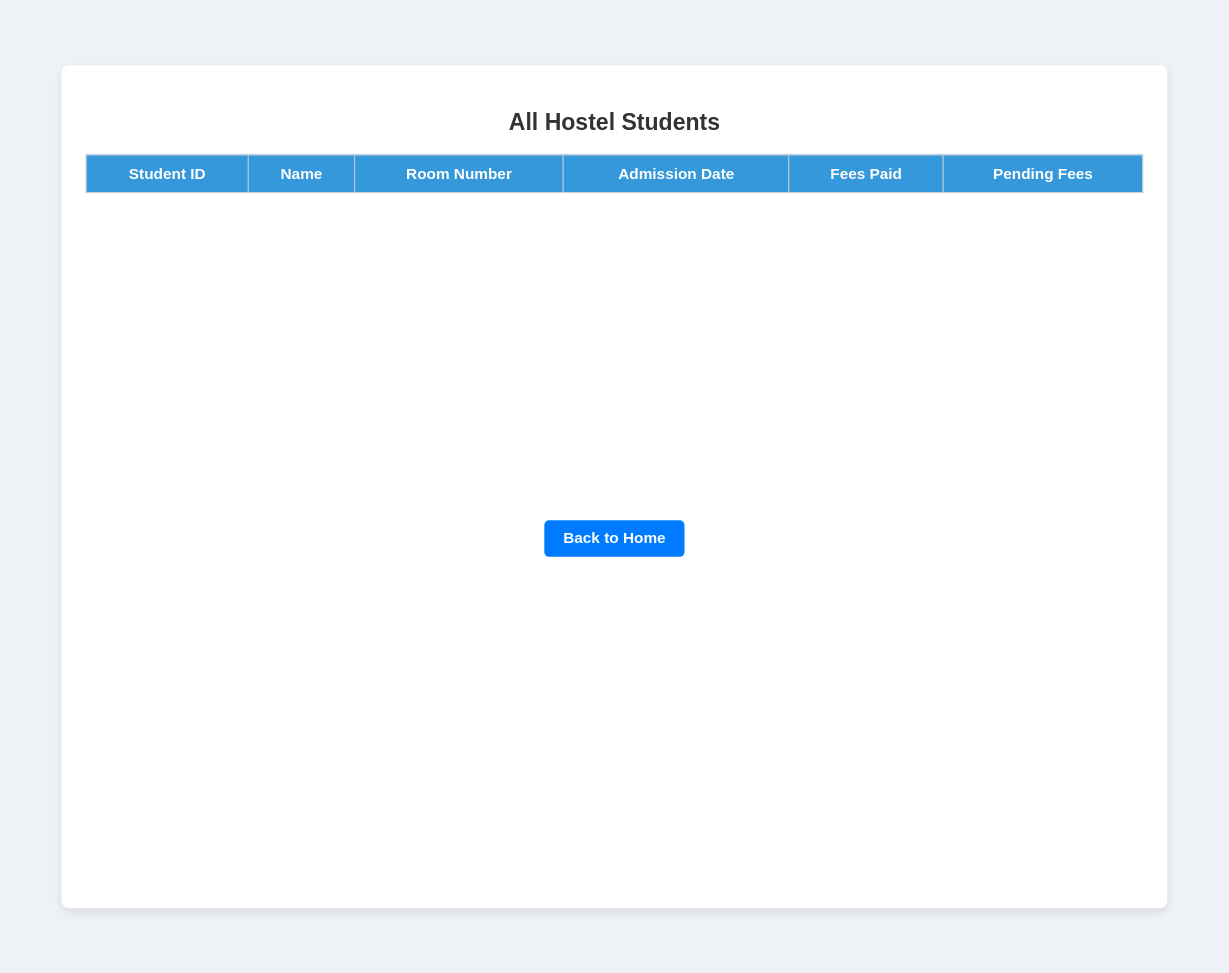
Repository: Adhyashetty-bit/Hostel-Management-System
Page: http://localhost/HostelWebApp/studentdisplay.jsp
The author's editor kept a copy of each file at every save. The page is drawn from the files as they stood at one save, then again after the next save.
The browser window is 1280 px wide. The pictures show the whole page, at 96% of full size.
The page is served by Tomcat 9. Other server files are loaded and not shown. Queries for data that is not in the repository find no rows.

Above is the page before, as saved 2025-05-28 06:21:38.

### HostelWebApp/src/main/webapp/studentdisplay.jsp
<%@ page import="java.util.*, com.model.Student, com.dao.HostelDAO" %>
<%@ page contentType="text/html;charset=UTF-8" language="java" %>
<!DOCTYPE html>
<html>
<head>
    <title>Student Records</title>
    <style>
        body {
            font-family: Arial, sans-serif;
            background-color: #eef2f7;
            padding: 20px;
        }

        .container {
            width: 90%;
            margin: 40px auto;
            background-color: #fff;
            padding: 25px;
            border-radius: 8px;
            box-shadow: 0 4px 10px rgba(0,0,0,0.1);
        }

        h2 {
            text-align: center;
            margin-bottom: 20px;
            color: #333;
        }

        table {
            width: 100%;
            border-collapse: collapse;
        }

        th, td {
            padding: 10px 12px;
            border: 1px solid #ccc;
            text-align: center;
        }

        th {
            background-color: #3498db;
            color: white;
        }

        tr:nth-child(even) {
            background-color: #f8f9fa;
        }

        tr:hover {
            background-color: #e2f0fb;
        }
    </style>
</head>
<body>
<div class="container">
    <h2>All Hostel Students</h2>
    <table>
        <tr>
            <th>Student ID</th>
            <th>Name</th>
            <th>Room Number</th>
            <th>Admission Date</th>
            <th>Fees Paid</th>
            <th>Pending Fees</th>
        </tr>
        <%
            HostelDAO dao = new HostelDAO();
            List<Student> students = dao.getAllStudents();
            for (Student student : students) {
        %>
        <tr>
            <td><%= student.getStudentID() %></td>
            <td><%= student.getStudentName() %></td>
            <td><%= student.getRoomNumber() %></td>
            <td><%= student.getAdmissionDate() %></td>
            <td><%= student.getFeesPaid() %></td>
            <td><%= student.getPendingFees() %></td>
        </tr>
        <%
            }
        %>

    </table>
    <div style="display: flex; justify-content: center; align-items: center; height: 100vh;">
  <a href="index.jsp" style="display:inline-block; padding:10px 20px; background-color:#007bff; color:white; text-decoration:none; border-radius:5px; font-size:16px; font-weight:bold;">Back to Home</a>
</div>
</div>


</body>
</html>

After the next save:
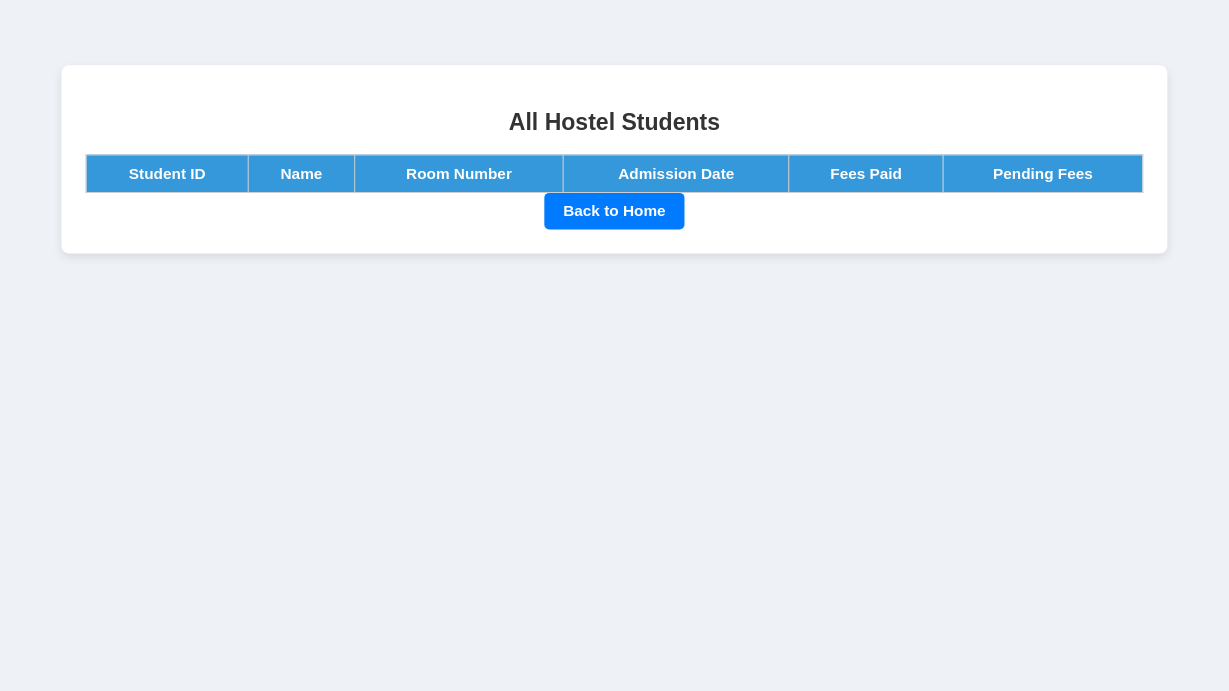
Saved 35 s later.
--- a/HostelWebApp/src/main/webapp/studentdisplay.jsp
+++ b/HostelWebApp/src/main/webapp/studentdisplay.jsp
@@ -81,7 +81,7 @@
         %>
 
     </table>
-    <div style="display: flex; justify-content: center; align-items: center; height: 100vh;">
+    <div style="display: flex; justify-content: center; align-items: center;">
   <a href="index.jsp" style="display:inline-block; padding:10px 20px; background-color:#007bff; color:white; text-decoration:none; border-radius:5px; font-size:16px; font-weight:bold;">Back to Home</a>
 </div>
 </div>
